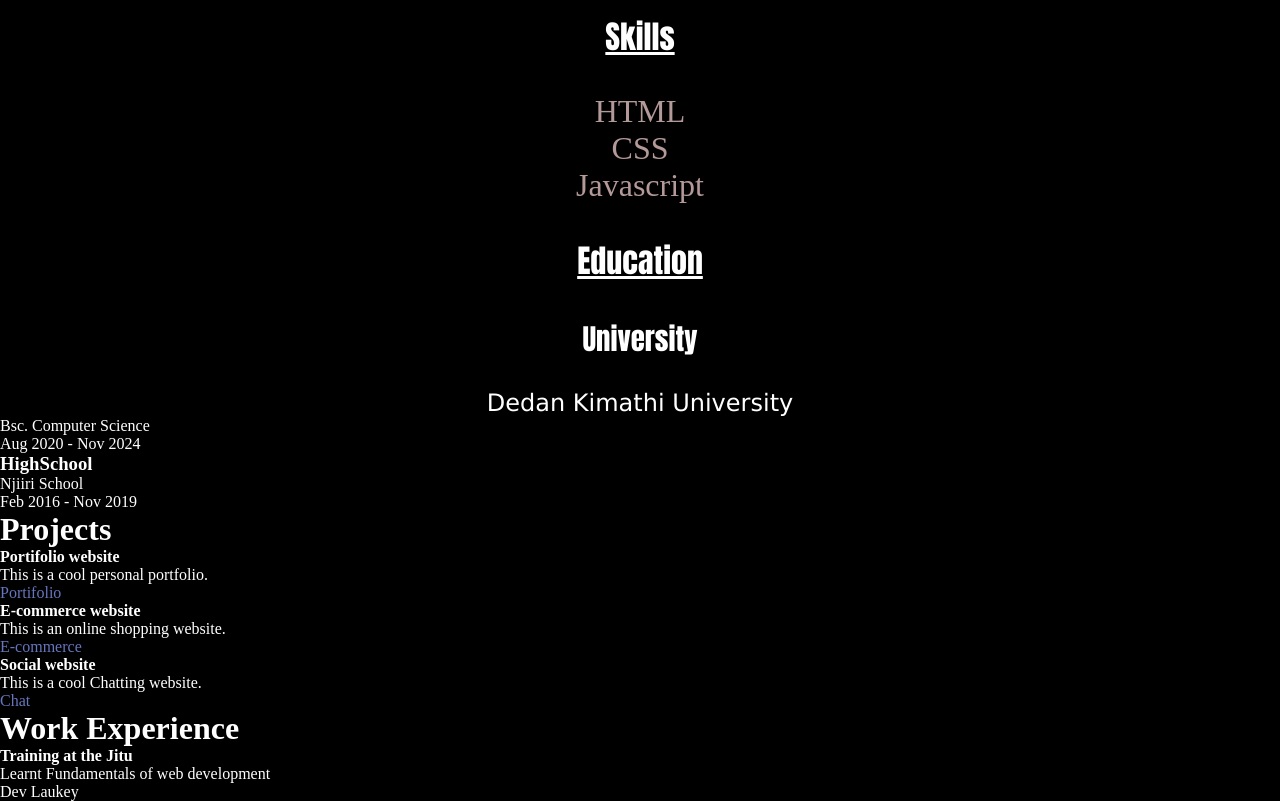
Repository: LaukeyMwaura/Jitu-Day-2
Page: index.html
These files come from the project's save history. The page is drawn as it stood at one moment and after the next save; the edit follows.
The browser window is 1280 px wide. The pictures show the part of the page from y = 640 to 1521 px (the page is 1441 px tall before and 1521 px after).
A picture or video elsewhere on the page could not be fetched, so the positions and the page height are approximate.

Above is the page before, as saved 2022-05-12 00:35:16.

After the next save:
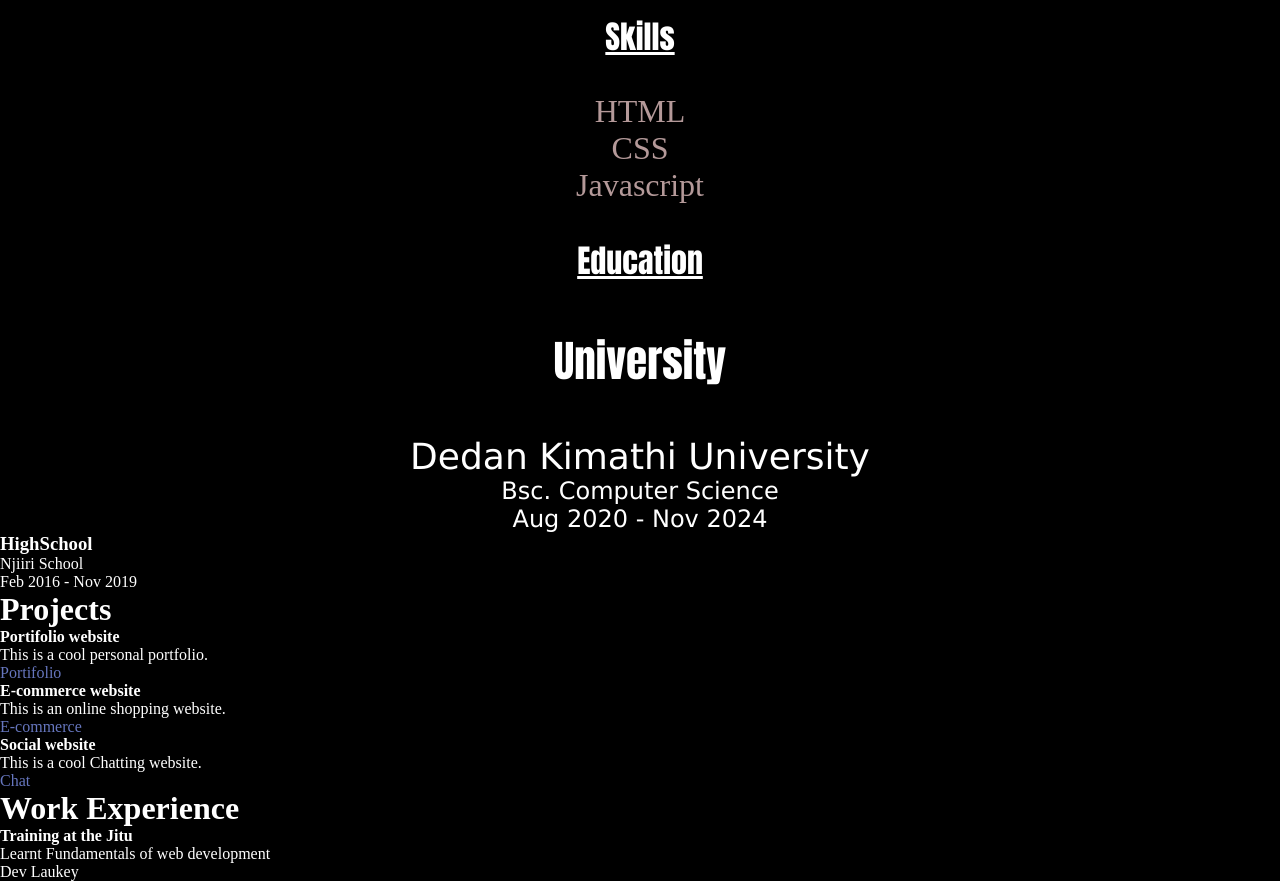
Saved 14 s later.
--- a/index.html
+++ b/index.html
@@ -58,7 +58,7 @@
 
     <div class="education" id="education">
       <h1 class="heading">Education</h1>
-      <div class="">
+      <div class="text">
         <h1 class="subheading">University</h1>
         <p class="text">Dedan Kimathi University</p>
         <p>Bsc. Computer Science</p>
